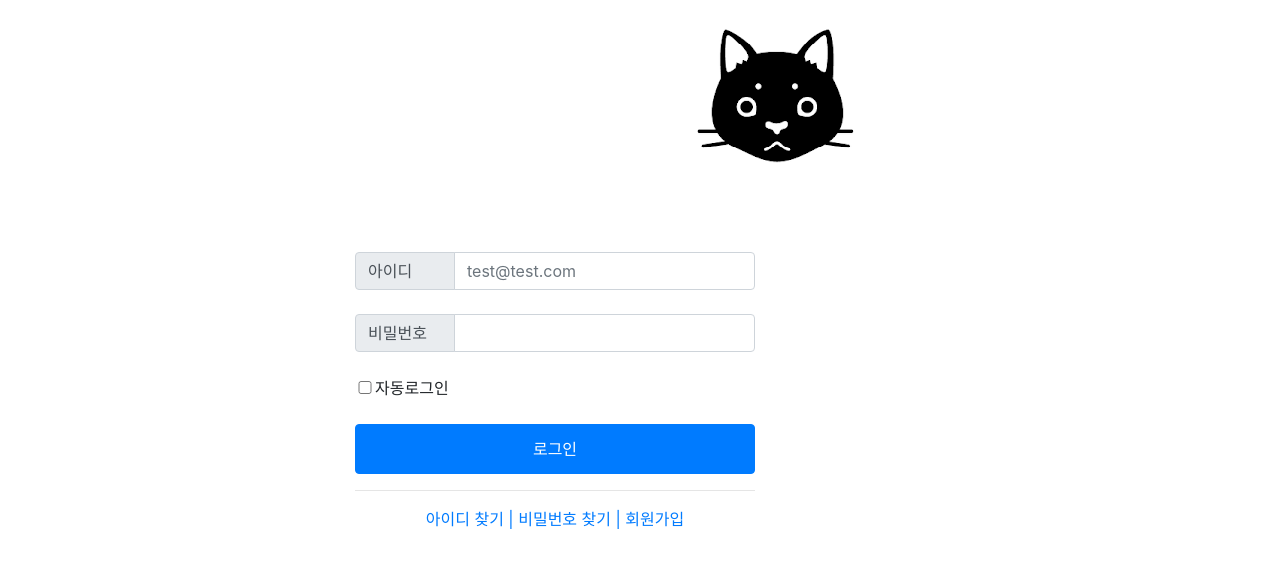
Repository: 0deepsleep/SpringMVCStudy
Page: http://localhost/TestProject/Login.jsp
An editor plug-in stored every save of this project. The page is shown before and after the next save, followed by the edit.
The browser window is 1280 px wide. The pictures show the whole page.
The page is served by Tomcat 9.

Above is the page before, as saved 2019-06-14 09:31:50.

### TestProject/WebContent/Login.jsp
<%@ page contentType="text/html; charset=UTF-8"%>
<%@ taglib prefix="c" uri="http://java.sun.com/jsp/jstl/core" %>
<%
	request.setCharacterEncoding("UTF-8");
	String cp = request.getContextPath();
%>
<!DOCTYPE html>
<html>
<head>
<meta charset="UTF-8">
<title>Login2.jsp</title>
<link rel="stylesheet" href="https://stackpath.bootstrapcdn.com/bootstrap/4.3.1/css/bootstrap.min.css">
<style type="text/css">
	.bolck
	{
		width: 100px;
	}

	.btn
	{
		width: 400px;
		height: 50px
	}


	#err1
	{
		display: none;
		color: red;
		font-size: small;
	}

	#err2
	{
		display: none;
		color: red;
		font-size: small;
	}
	*{text-align:left;}

</style>
<script type="text/javascript" src="https://ajax.googleapis.com/ajax/libs/jquery/3.4.1/jquery.min.js"></script>
<script type="text/javascript">

	$(document).ready(function()
	{
		$("#btn").click(function()
		{

			if($("#userId").val()=="" && $("#userPwd").val()=="")
			{
				$("#err1").css("display", "inline");
				$("#err2").css("display", "inline");
				return;
			}

			$("#err1").css("display", "none");

			if($("#userId").val()=="")
			{
				$("#err1").css("display", "inline");
				return;
			}

			$("#err2").css("display", "none");
			if( $("#userPwd").val()=="")
			{
				$("#err2").css("display", "inline");
				return;
			}

			$("#memberForm").submit();

		});

	});
</script>

</head>
<body>

<div class="text-center container">
	<img src="<%=cp %>/img/cat.png" class="col-md-3- offset-md-3" alt=""/>
  <div class="row" style="margin-top: 60px;">
  	<div class="col-md-6- offset-md-3">
  		<div class="input-group" id="memberForm">
	  		<div class="input-group-prepend">
		    	<span class="input-group-text bolck">아이디</span>
		    </div>
		  <input type="text" id="userId" name="userId" class="form-control"
		  required="required" placeholder="test@test.com">
		    </div>
		    <span id="err1">아이디를 입력해주세요.</span><br>

		<div class="input-group" id="memberForm">
	  		<div class="input-group-prepend">
		    	<span class="input-group-text bolck">비밀번호</span>
		    </div>
		  	<input type="password" id="userPwd" name="userPwd" class="form-control"
		  required="required" >
		</div>
		<span id="err2">비밀번호를 입력해주세요.</span><br>
		<input type="checkbox" style="width: 20px;">자동로그인<br><br>
		<button type="button" id="btn" name="btn" class="btn-primary btn">로그인</button>
		<br /><hr>

		<div style="text-align: center;">
			<a href="#"> 아이디 찾기 |</a>
			<a href="#"> 비밀번호 찾기 |</a>
			<a href="#"> 회원가입</a>
		</div>
	</div>
  </div>
</div>

</body>
</html>

After the next save:
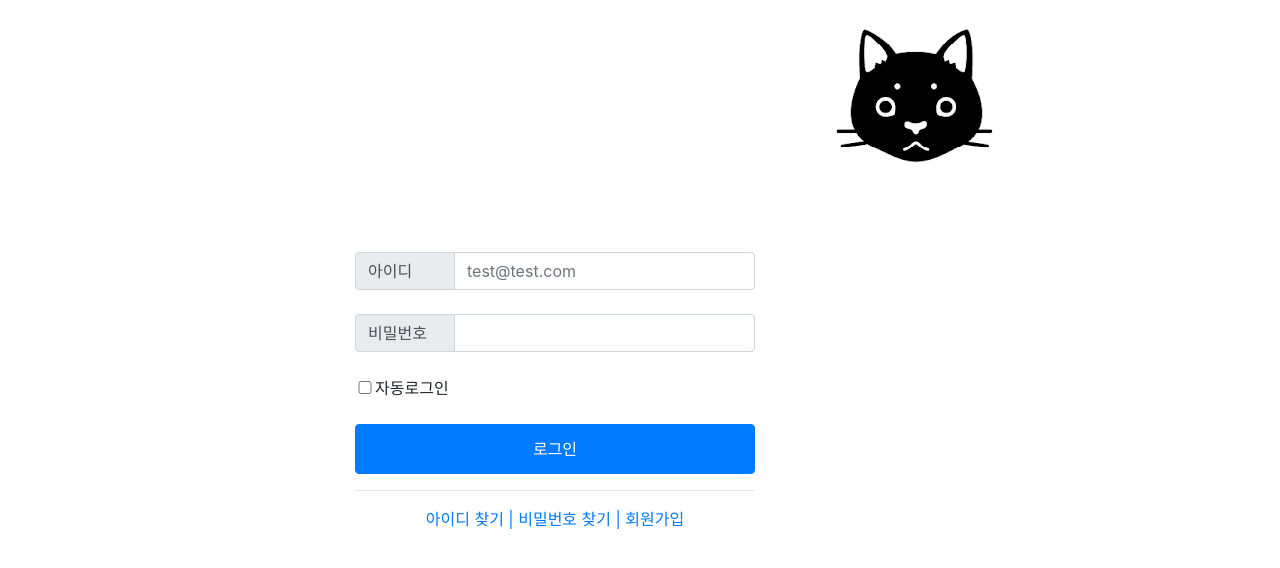
Saved 6 s later.
--- a/TestProject/WebContent/Login.jsp
+++ b/TestProject/WebContent/Login.jsp
@@ -80,7 +80,7 @@
 <body>
 
 <div class="text-center container">
-	<img src="<%=cp %>/img/cat.png" class="col-md-3- offset-md-3" alt=""/>
+	<img src="<%=cp %>/img/cat.png" class="col-md-6- offset-md-6" alt=""/>
   <div class="row" style="margin-top: 60px;">
   	<div class="col-md-6- offset-md-3">
   		<div class="input-group" id="memberForm">

After the save that followed:
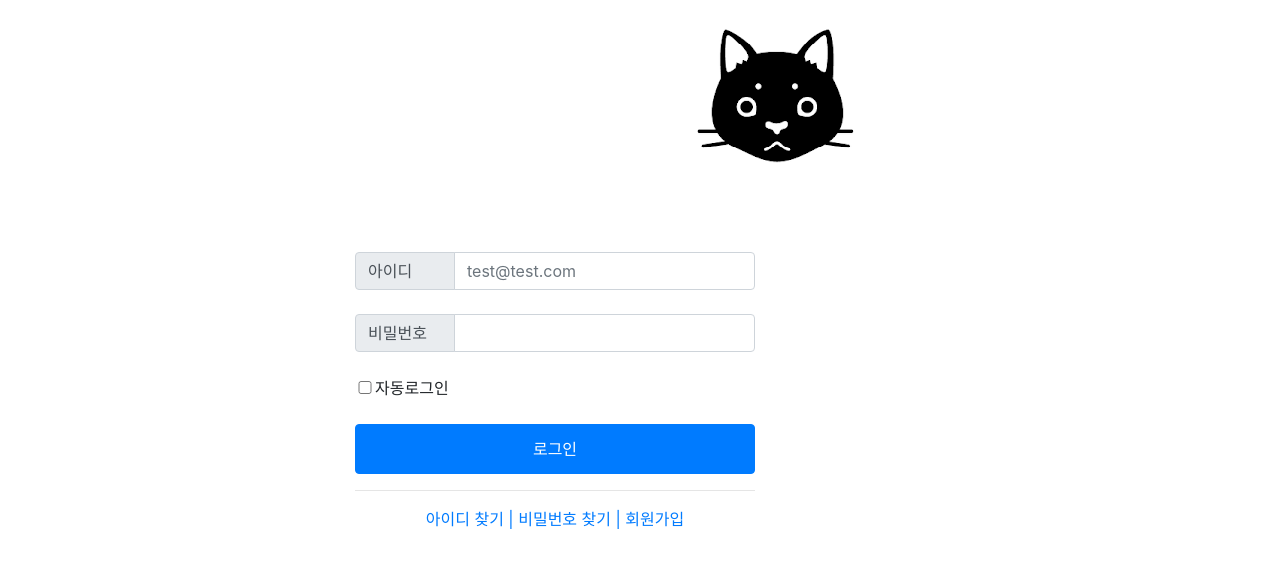
Saved 9 s later.
--- a/TestProject/WebContent/Login.jsp
+++ b/TestProject/WebContent/Login.jsp
@@ -80,7 +80,7 @@
 <body>
 
 <div class="text-center container">
-	<img src="<%=cp %>/img/cat.png" class="col-md-6- offset-md-6" alt=""/>
+	<img src="<%=cp %>/img/cat.png" class="col-md-3- offset-md-3" alt=""/>
   <div class="row" style="margin-top: 60px;">
   	<div class="col-md-6- offset-md-3">
   		<div class="input-group" id="memberForm">
